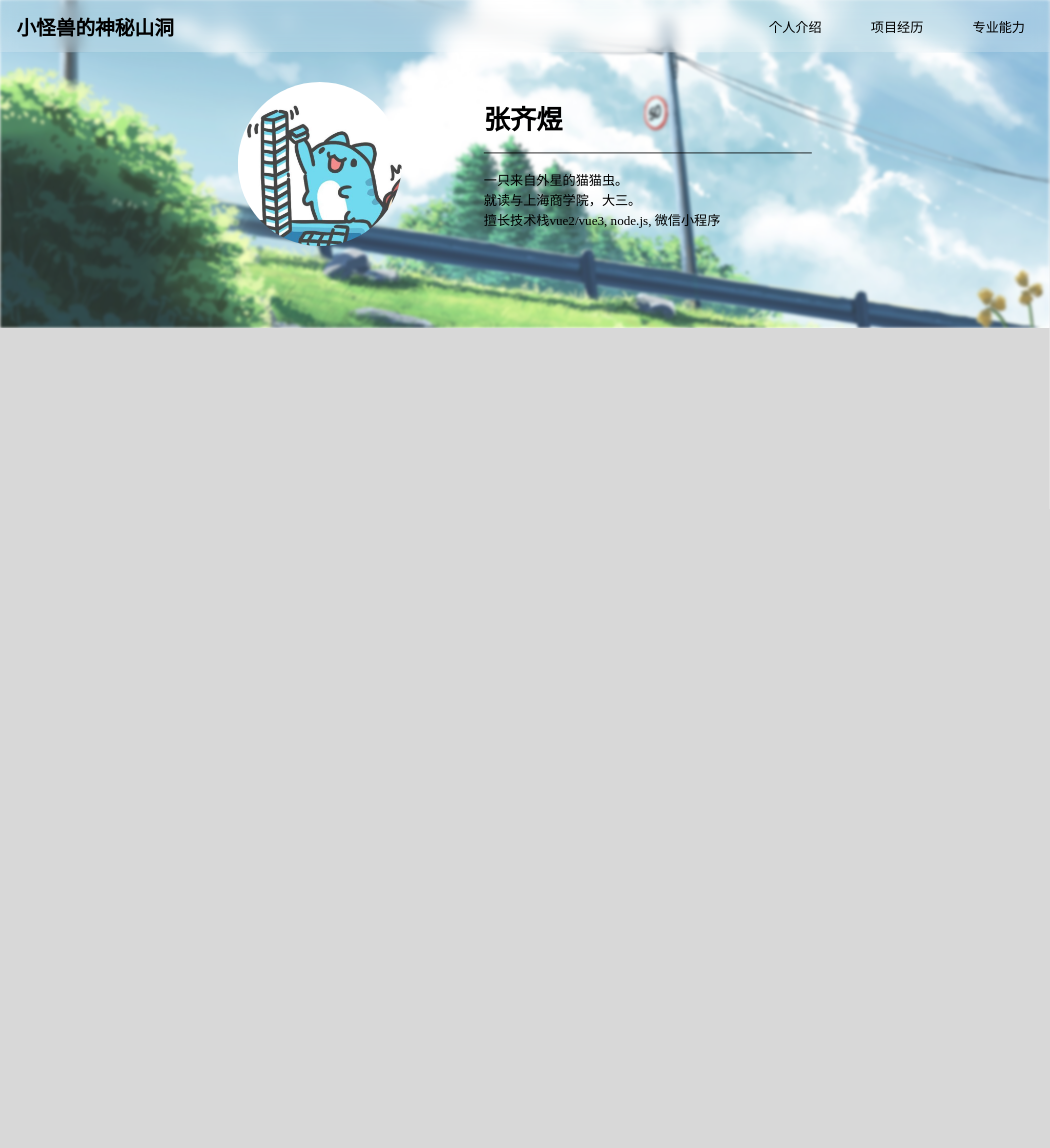
Repository: TheBiggestFatCat/myblog-frontend
Page: /
The author's editor kept a copy of each file at every save. The page is drawn from the files as they stood at one save, then again after the next save.
The browser window is 1280 px wide. The pictures show the whole page, at 82% of full size.
The project was rebuilt for these pictures with package versions that can differ from the ones it lists, and the page was loaded fresh each time. Also part of the build but not shown: vite.config.ts.

Above is the page before, as saved 2023-02-26 10:18:33.

After the next save:
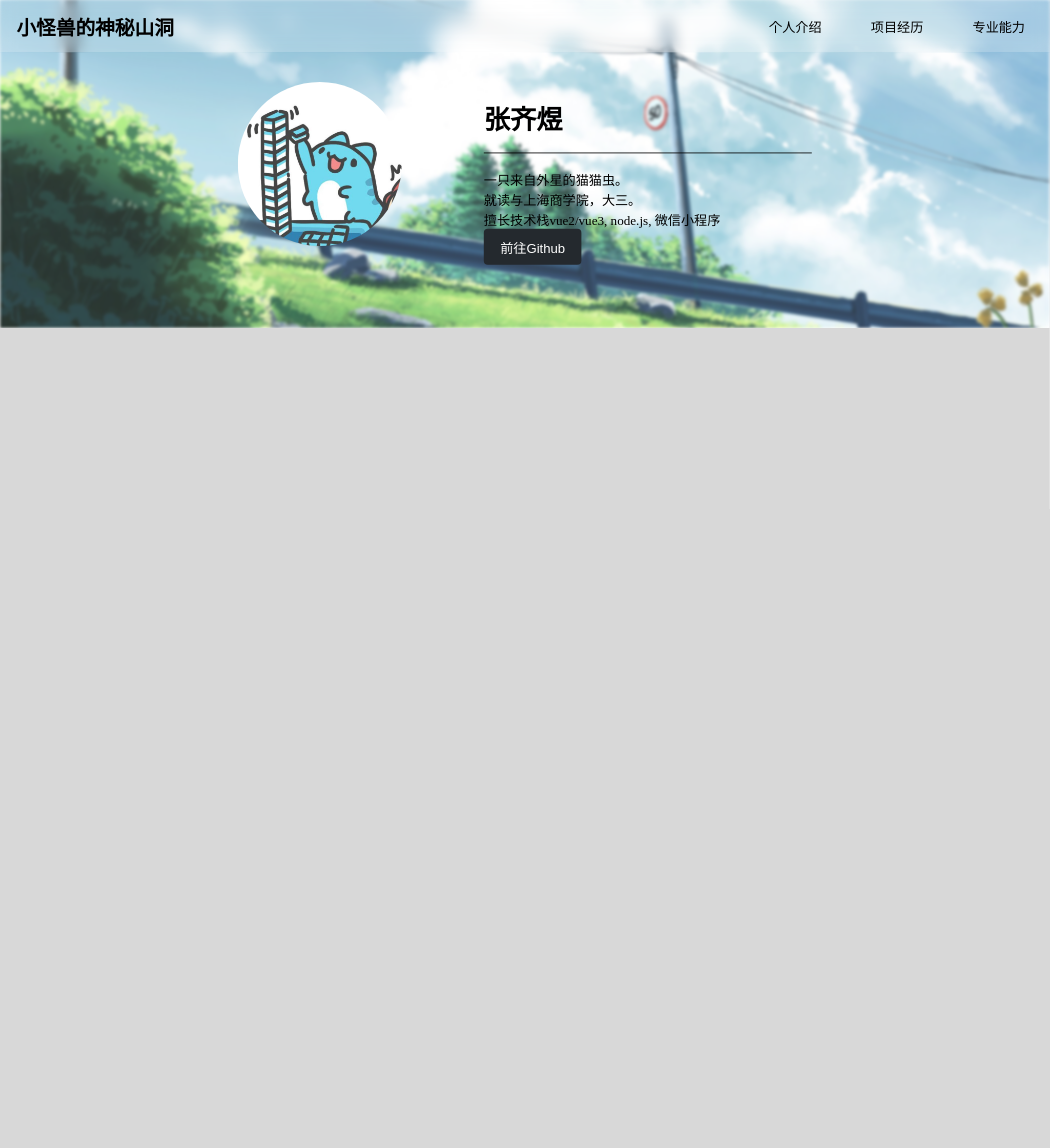
Saved 3 min 38 s later.
--- a/src/components/Home/Home.vue
+++ b/src/components/Home/Home.vue
@@ -9,12 +9,16 @@
         <h2>{{ name }}</h2>
         <div class="border"></div>
         <p v-for="i in introduction" :key="i">{{ i }}</p>
+        <a href="https://github.com/" target="_blank">
+          <button>前往Github</button>
+        </a>
       </div>
     </div>
     <div class="home-body">
       <div class="personal">
         <h3></h3>
         <div class="border"></div>
+        <!-- <p>{{ personalText }}</p> -->
       </div>
     </div>
   </div>
@@ -24,8 +28,13 @@
 import Navigation from './Navigation.vue';
 import { ref } from 'vue'
 
+// 头像
 const avatar = ref('src/assets/pics/avatar.jpg')
+
+// 姓名
 const name = '张齐煜'
+
+// 顶部介绍
 const introduction = [
   '一只来自外星的猫猫虫。',
   '就读与上海商学院，大三。',
@@ -42,26 +51,45 @@ const introduction = [
   display: flex;
   flex-flow: row nowrap;
   justify-content: center;
+
   .avatar {
     width: 300px;
     height: 200px;
     padding-right: 60px;
+
     img {
       width: 200px;
       height: 200px;
       border-radius: 50%;
     }
   }
+
   .avatar-right {
     width: 400px;
     height: 160px;
+
     h2 {
       font-size: 32px;
     }
+
     .border {
       margin: 20px 0 20px 0;
       width: 100%;
       border-top: 1px solid #000;
+    }
+
+    button {
+      background-color: #24292e;
+      color: #fff;
+      padding: 10px 20px;
+      border: none;
+      border-radius: 5px;
+      font-size: 16px;
+      cursor: pointer;
+    }
+
+    button:hover {
+      background-color: #6e7681;
     }
   }
 }
@@ -78,13 +106,15 @@ const introduction = [
   background-image: url(@/assets/pics/home3.jpg);
   background-position: 0 -400px;
   background-size: cover;
-  filter: blur(2px); /* 设置模糊半径 */
-  opacity: 0.85; /* 设置不透明度 */
-  z-index: -1; /* 将遮罩层放在最底层 */
+  filter: blur(2px);
+  /* 设置模糊半径 */
+  opacity: 0.85;
+  /* 设置不透明度 */
+  z-index: -1;
+  /* 将遮罩层放在最底层 */
 }
 
 .home-body {
   height: 1000px;
   background-color: #d8d8d8;
-}
-</style>
+}</style>
